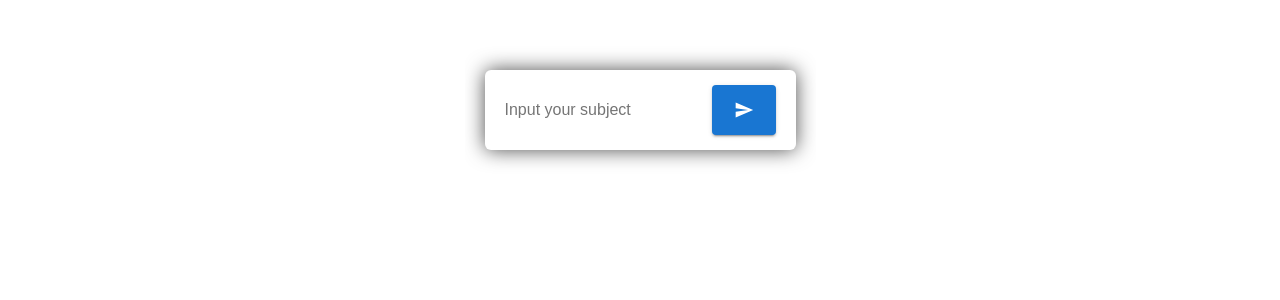
Repository: thienv29/todolist
Page: /
These files come from the project's save history. The page is drawn as it stood at one moment and after a run of saves; the edit follows.
The browser window is 1280 px wide. The pictures show the whole page.
The project was rebuilt for these pictures with package versions that can differ from the ones it lists, and the page was loaded fresh each time. Also part of the build but not shown: src/components/TodoEditing.js, src/components/Todo.js.

Above is the page before, as saved 2021-10-22 17:13:39.

### public/index.html
<!DOCTYPE html>
<html lang="en">
    <head>
        <meta charset="utf-8" />
        <link rel="icon" href="%PUBLIC_URL%/favicon.ico" />
        <meta name="viewport" content="width=device-width, initial-scale=1" />
        <meta name="theme-color" content="#000000" />
        <meta name="description" content="Web site created using create-react-app" />
        <link rel="apple-touch-icon" href="%PUBLIC_URL%/logo192.png" />
        <!--
      manifest.json provides metadata used when your web app is installed on a
      user's mobile device or desktop. See https://developers.google.com/web/fundamentals/web-app-manifest/
    -->
        <link rel="manifest" href="%PUBLIC_URL%/manifest.json" />
        <!--
      Notice the use of %PUBLIC_URL% in the tags above.
      It will be replaced with the URL of the `public` folder during the build.
      Only files inside the `public` folder can be referenced from the HTML.

      Unlike "/favicon.ico" or "favicon.ico", "%PUBLIC_URL%/favicon.ico" will
      work correctly both with client-side routing and a non-root public URL.
      Learn how to configure a non-root public URL by running `npm run build`.
    -->
        <link
            rel="stylesheet"
            href="https://fonts.googleapis.com/css?family=Roboto:300,400,500,700&display=swap"
        />
        <title>React App</title>
    </head>
    <body>
        <noscript>You need to enable JavaScript to run this app.</noscript>
        <div id="root"></div>
        <!--
      This HTML file is a template.
      If you open it directly in the browser, you will see an empty page.

      You can add webfonts, meta tags, or analytics to this file.
      The build step will place the bundled scripts into the <body> tag.

      To begin the development, run `npm start` or `yarn start`.
      To create a production bundle, use `npm run build` or `yarn build`.
    --></body>
</html>

### src/index.js
import React from "react";
import ReactDOM from "react-dom";
import App from "./App";
import "./style.scss";
import store from "./redux/store";
import { Provider } from "react-redux";

ReactDOM.render(
    <Provider store={store}>
        <React.StrictMode>
            <App />
        </React.StrictMode>
    </Provider>,
    document.getElementById("root")
);

### src/App.js
import React from "react";
import TodoList from "./components/TodoList.js";
import Input from "./components/Input.js";
import {Toaster} from 'react-hot-toast'
import Grid from "@mui/material/Grid";
export default function App() {
    return (
        <Grid className="main">
            <Input />
            <TodoList />
                <Toaster position="top-center" reverseOrder={false} />
        </Grid>
    );
}

### src/style.scss
*{
    margin: 0;
    padding: 0;
    box-sizing: border-box;
    font-family: Arial, Helvetica, sans-serif;
}
body{
    width: 100%;
    height: 100vh;
    display: flex;
    justify-content: center;
}
.main{
    height: 100%;
    padding-top: 20%;
    padding-left: 20px;
    padding-right: 20px;
    overflow: hidden;
}
.todolist{
    transition: .5s ease-in ;
}
.inputTodo{
    width: 100%;
    background-color: white;
    height: 80px;
    position: relative;
    display: flex;
    justify-content: center;
    align-items: center;
    padding: 0px 20px;
    border-radius: 6px;
    box-shadow: 0px 0px 20px rgba($color: #000000, $alpha: 0.7);
    margin-bottom: 30px;
    .inputdiv{

        height: 100%;
    }
    .input{
        width: 100%;
        height: 100%;
        border: none;
        outline: none;
        font-size: medium;

    }
    .inputTime{
        position: absolute;
    }
    .MuiButton-root.MuiButton-contained.MuiButton-containedPrimary.MuiButton-sizeMedium.MuiButton-containedSizeMedium.MuiButtonBase-root.css-sghohy-MuiButtonBase-root-MuiButton-root{
        height: 50px;
    }
    .MuiButton-endIcon.MuiButton-iconSizeMedium.css-9tj150-MuiButton-endIcon{
        padding: 0;
        margin: 0;
    }
    .MuiGrid-root.MuiGrid-item.MuiGrid-grid-xs-2.css-a0vo9r-MuiGrid-root
    {
        text-align: right;
    }
}
.todo{
    width: 100%;
    height: 60px;
    background-color: white;
    margin: 10px 0px;
    display: flex;
    align-items: center;
    justify-content: space-between;
    padding: 0px 20px;
    box-shadow: 0px 0px 20px rgba($color: #000000, $alpha: 0.7);
    border-radius: 6px;
    .tododivleft{
        align-items: center;
        display: flex;
    }
}

.todo {
    transform: translateX(200%);
    animation:
        openspace .3s ease forwards,
        restored-item-animation .5s .3s cubic-bezier(.14,.25,.52,1.56) forwards;
}

@keyframes openspace {
    to {
        height: 60px;
    }
}

@keyframes restored-item-animation {
    0% {
        opacity: 0;
         transform: translateX(100%);
    }

    70% {
        opacity: 1;
        transform: translateX(-50px);
    }

    100% {
        opacity: 1;
        transform: translateX(0);
    }
}
.todo.removed-item {
    animation: removed-item-animation .6s cubic-bezier(.65,-0.02,.72,.29);
}

@keyframes removed-item-animation {
   0% {
        opacity: 1;
        transform: translateX(0);
    }

    30% {
        opacity: 1;
        transform: translateX(50px);
    }

    80% {
        opacity: 1;
        transform: translateX(-800px);
    }

    100% {
        opacity: 0;
        transform: translateX(-800px);
    }
}
.tododivright{
    display: flex;
    align-items: center;
}

### src/redux/store.js
import { createStore } from "redux";
import reducers from "./reducers";
const store = createStore(reducers)
export default store;

### src/components/TodoList.js
import React, {  useEffect } from "react";
import Todo from "./Todo.js";
import {  useSelector } from "react-redux";
import _ from "underscore";
import { saveList } from "../redux/actions/index.js";
import { useDispatch } from "react-redux";
export default function TodoList() {
    const ListTodo = useSelector((state) => state.listTodo, _.isEqual);
    const dispatch = useDispatch()
    useEffect(() => {
        console.log(ListTodo);
        dispatch(saveList())
    }, [ListTodo]);
    return (
        <div className='todolist'>
            {ListTodo.map((TodoChild) => {
                return (
                    <Todo key={TodoChild.id} Todo={TodoChild}  />
                );
            })}
        </div>
    );
}

### src/components/Input.js
import React from "react";
import DateTimePicker from "@mui/lab/DateTimePicker";
import TextField from "@mui/material/TextField";
import AdapterDateFns from "@mui/lab/AdapterDateFns";
import LocalizationProvider from "@mui/lab/LocalizationProvider";
import Grid from "@mui/material/Grid";
import Button from "@mui/material/Button";
import SendIcon from "@mui/icons-material/Send";
import { useDispatch } from "react-redux";
import { addElement } from "../redux/actions";

export default function Input() {
    const [valueNote, setValueNote] = React.useState({
        time: '',
        note: "",
    });
    const dispatch = useDispatch();

    const handleAddNote = () => {
        if (valueNote.note === "") {
        } else {
            dispatch(addElement(valueNote));
            setValueNote({
                ...valueNote,
                note: "",
            });
        }
    };

    return (
        <Grid className="inputTodo">
            <Grid item className='inputdiv' xs={6}>
                <input
                    type="text"
                    value={valueNote.note}
                    onChange={(e) => {
                        setValueNote({ ...valueNote, note: e.target.value });
                    }}
                    className="input"
                    placeholder="Input your subject"
                />
            </Grid>
            <Grid item xs={5}>
                <LocalizationProvider dateAdapter={AdapterDateFns}>
                    <DateTimePicker
                        className="inputTime"
                        label="Deadline"
                        value={valueNote.time}
                        onChange={(time) => {
                            setValueNote({ ...valueNote, time: time });
                        }}

                        renderInput={(params) => <TextField {...params} />}
                    />
                </LocalizationProvider>
            </Grid>
            <Grid item xs={1}>
                <Button
                    onClick={handleAddNote}
                    variant="contained"
                    endIcon={<SendIcon />}
                ></Button>
            </Grid>
        </Grid>
    );
}

### src/redux/reducers/index.js
import { combineReducers } from "redux";
import TodoListReducer from "./todolistReducer.js";
const reducers = combineReducers({
    listTodo: TodoListReducer,
});
export default reducers;

### src/redux/actions/index.js

export const setComplete = function (id,bool) {
    return {
        type: "SET_COMPLETE",
        data: {
            id,
            bool
        }
    };
};
export const deleteElement = function (id) {
    return {
        type: "DELETE_ELEMENT",
        data: id,
    };
};
export const addElement = function (element) {
    return {
        type: "ADD_ELEMENT",
        data: element,
    };
};
export const editElement = function (element) {
    return {
        type: "EDIT_ELEMENT",
        data: element,
    };
};
export const saveList = function () {
    return {
        type: "SAVE",
    };
};

export const reset = () => ({
    type: "RESET",
});

### src/redux/reducers/todolistReducer.js
import uuid from "react-uuid";
import toast from 'react-hot-toast';
export const initialState = JSON.parse(localStorage.getItem("listTodo") || "[]");
const TodoListReducer = (state = initialState, action) => {
    const tmp = [...state];
    switch (action.type) {
        case "SET_COMPLETE":
            tmp.forEach((e) => {
                if (e.id === action.data.id) {
                    e.isComplete = action.data.bool;
                }
            });
            return tmp;
        case "DELETE_ELEMENT":
            const removeIndex = tmp.findIndex((item) => item.id === action.data);
            tmp.splice(removeIndex, 1);
            return tmp;
        case "ADD_ELEMENT":
            const date2 = new Date();
            const date1 = new Date(action.data.time);
            const Difference_In_Time = date1.getTime() - date2.getTime();
            const Difference_In_Days = Math.floor(
                Difference_In_Time / (1000 * 3600 * 24)
            );
            if (Difference_In_Days>=0) {
                tmp.push({
                    Subject: action.data.note,
                    time: action.data.time,
                    id: uuid(),
                    isComplete: false,
                    remainingDays:Difference_In_Days
                });
            }else{
                toast.error('Ngày không hợp lệ')
            }

            tmp.sort((a,b) => {
              return a.remainingDays - b.remainingDays
            })

            return tmp;
        case "EDIT_ELEMENT":
            tmp.forEach((e) => {
                if (e.id === action.data.id) {
                    e.Subject = action.data.Subject;
                }
            });
            return tmp;
        case "SAVE":
            localStorage.setItem('listTodo',JSON.stringify(tmp))
            return tmp;
        case "RESET":
            return [];

        default:
            return state;
    }
};

export default TodoListReducer;

After the next 2 saves:
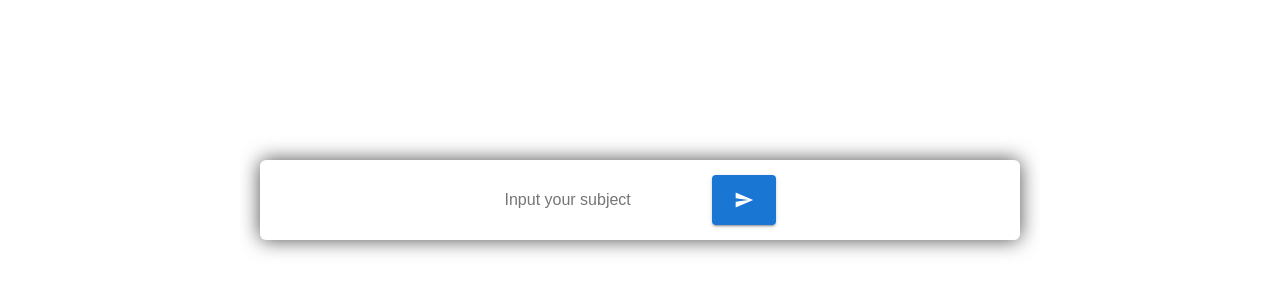
The 2 saves are shown as one change because they came seconds apart.
The last was saved 25 s later.
--- a/src/style.scss
+++ b/src/style.scss
@@ -11,6 +11,7 @@ body{
     justify-content: center;
 }
 .main{
+    width: 800px;
     height: 100%;
     padding-top: 20%;
     padding-left: 20px;
